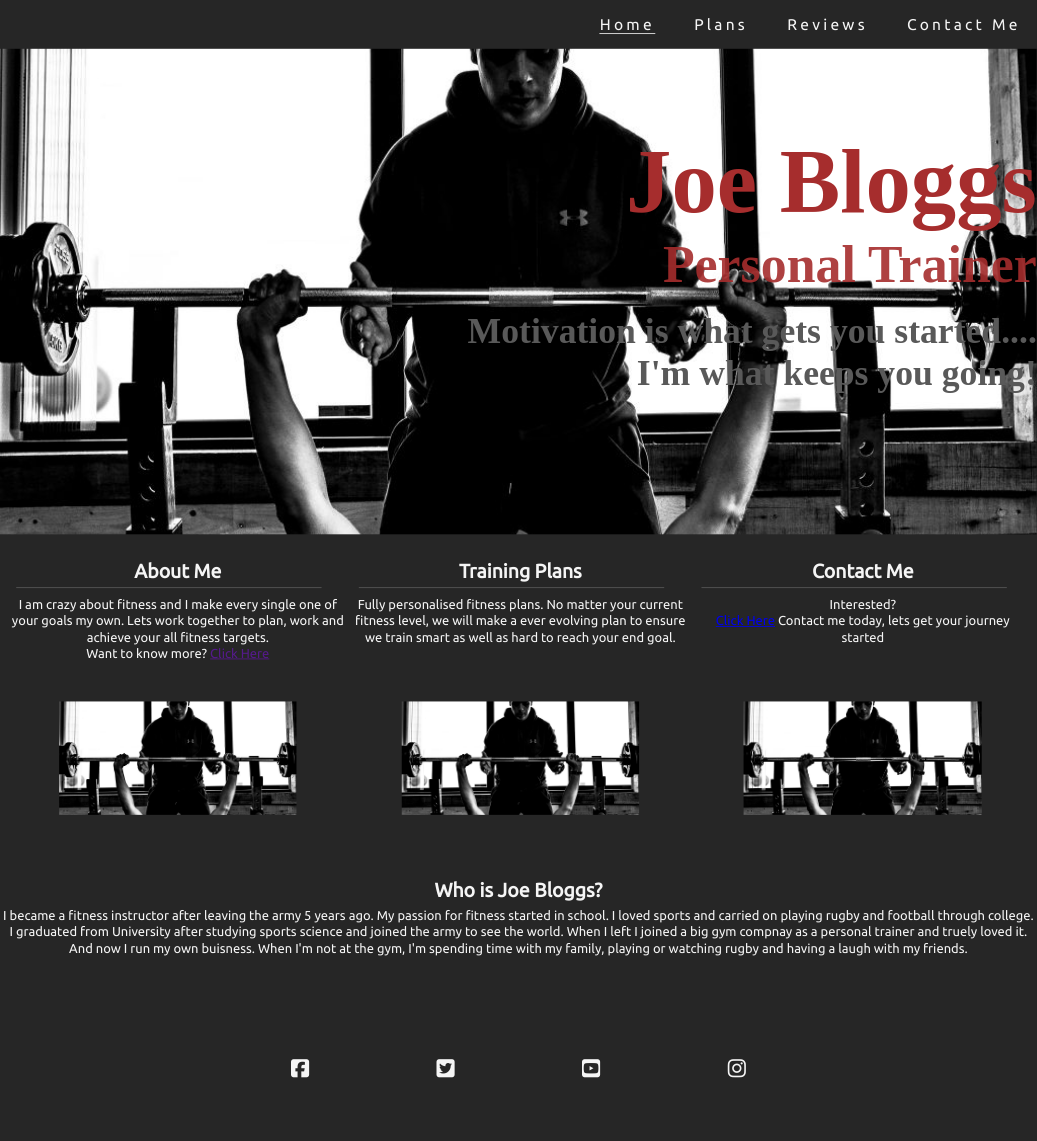
Repository: ClaireRoberts1403/Joe-Bloggs-Personal-Trainer
Page: html/index.html
The author's editor kept a record of every edit. The page is drawn from the files as they stood at one moment, then again after the next edit.
The browser window is 1280 px wide. The pictures show the whole page, at 81% of full size.
Some web fonts or font styles are not loaded; a fallback is used. Some web libraries are served in a nearby version.

Above is the page before.

After the next edit:
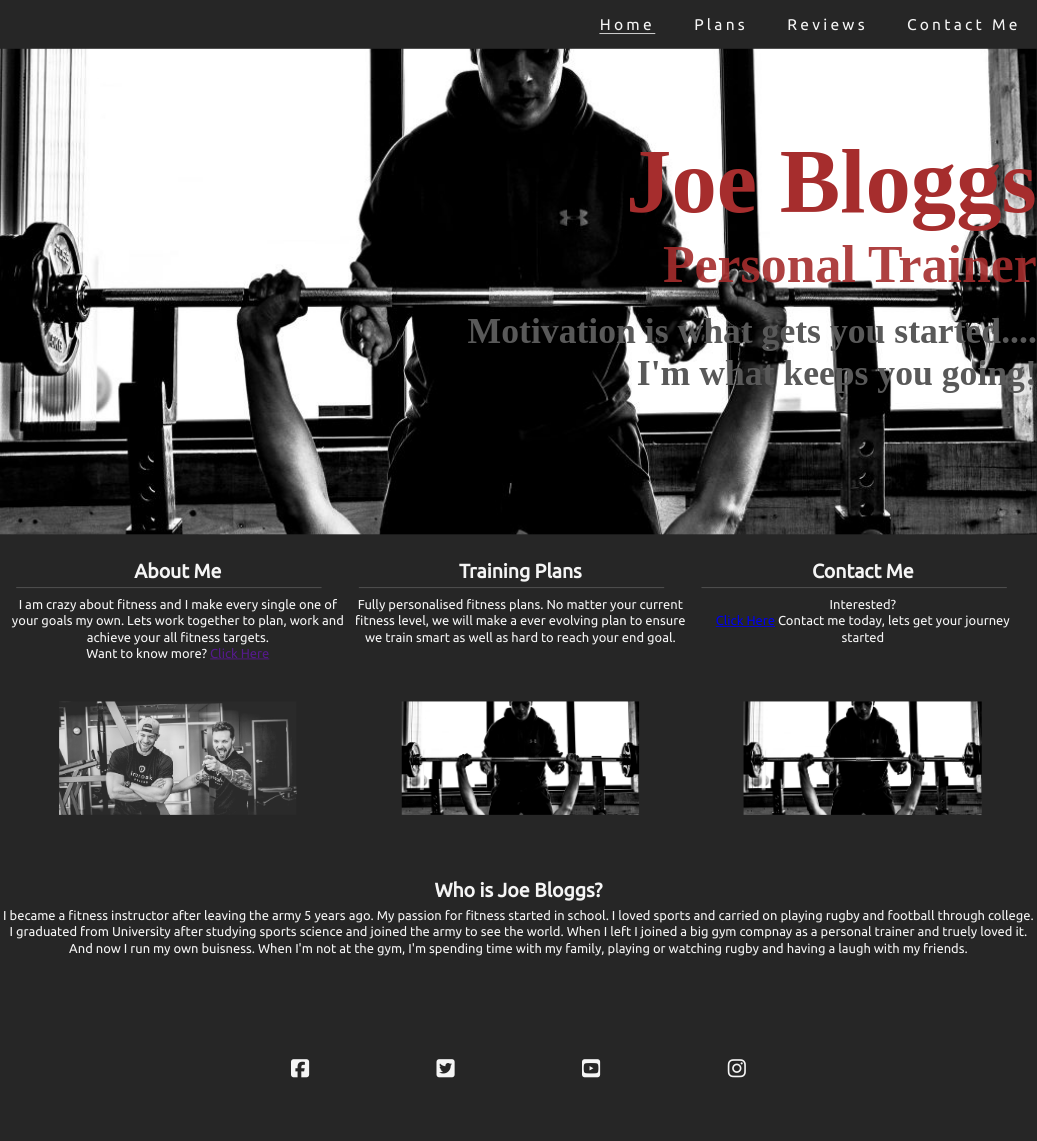
The edit:
--- a/assets/style.css
+++ b/assets/style.css
@@ -146,7 +146,7 @@
 
 
 .indeximage1 {
-    background: url("../images/heroimage.jpg");
+    background: url("../images/indeximage1.jpg");
     padding-top: 10px;
     width: 70%;
     height: 130px;
